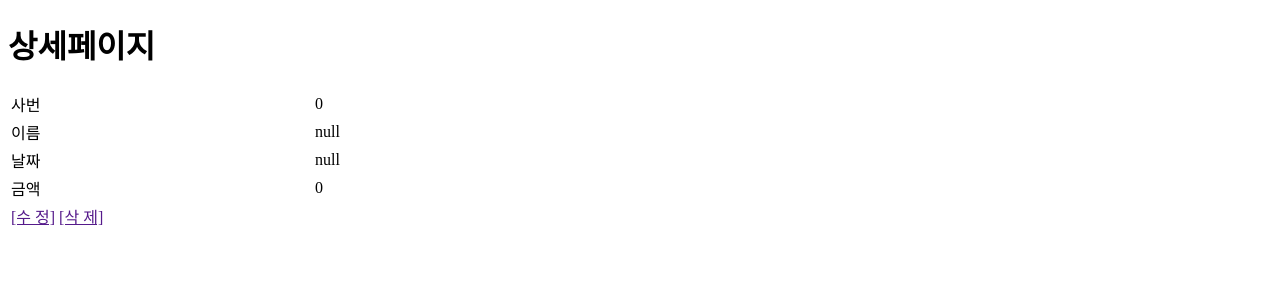
Repository: kwakjaeyeon/webWorkspace
Page: http://localhost/web08/emp/detail.jsp
An editor plug-in stored every save of this project. The page is shown before and after the next save, followed by the edit.
The browser window is 1280 px wide. The pictures show the whole page.
The page is served by Tomcat 9. Queries for data that is not in the repository find no rows.

Above is the page before, as saved 2020-07-08 02:56:11.

### web08/WebContent/emp/detail.jsp
<%@ page language="java" contentType="text/html; charset=EUC-KR"
    pageEncoding="EUC-KR" import="java.sql.*"%>
<!DOCTYPE html PUBLIC "-//W3C//DTD HTML 4.01 Transitional//EN" "http://www.w3.org/TR/html4/loose.dtd">
<html>
<head>
<meta http-equiv="Content-Type" content="text/html; charset=EUC-KR">
<title>Insert title here</title>
</head>
<jsp:useBean id="bean" class="com.bit.EmpDto"></jsp:useBean>
<jsp:setProperty property="sabun" name="bean"/>
<%
Connection conn = null;
Statement stmt = null;
ResultSet rs = null;
try{
	conn = com.bit.MyOracle.getConnection();
	stmt = conn.createStatement();
	rs = stmt.executeQuery("select * from emp02 where sabun=" + bean.getSabun());
	if(rs.next()) {
		bean.setName(rs.getString("name"));
		bean.setNalja(rs.getDate("nalja"));
		bean.setPay(rs.getInt("pay"));
	}
} finally {
	if(rs != null) rs.close();
	if(stmt != null) stmt.close();
	if(conn != null) conn.close();
}
%>


<body>
	<h1>상세페이지</h1>
	<table width="800">
		<tr>
			<td width="300">사번</td>
			<td><jsp:getProperty property="sabun" name="bean"/></td>
		</tr>
		<tr>
			<td>이름</td>
			<td><jsp:getProperty property="name" name="bean"/></td>
		</tr>
		<tr>
			<td>날짜</td>
			<td><jsp:getProperty property="nalja" name="bean"/></td>
		</tr>
		<tr>
			<td>금액</td>
			<td><jsp:getProperty property="pay" name="bean"/></td>
		</tr>
		<tr>
			<td colspan="2">
				<a href="">[수 정]</a>
				<a href="">[삭 제]</a>
			</td>


	</table>


</body>
</html>

### web08/src/com/bit/EmpDto.java
package com.bit;

import java.sql.Date;

public class EmpDto {
	private int sabun;
	private String name;
	private Date nalja;
	private int pay;

	public int getSabun() {
		return sabun;
	}
	public void setSabun(int sabun) {
		this.sabun = sabun;
	}
	public String getName() {
		return name;
	}
	public void setName(String name) {
		this.name = name;
	}
	public Date getNalja() {
		return nalja;
	}
	public void setNalja(Date nalja) {
		this.nalja = nalja;
	}
	public int getPay() {
		return pay;
	}
	public void setPay(int pay) {
		this.pay = pay;
	}
}

### web08/src/com/bit/MyOracle.java
package com.bit;

import java.sql.*;

public class MyOracle {
	private static Connection conn;
	private static String driver="oracle.jdbc.driver.OracleDriver";
	private static String url="jdbc:oracle:thin:@localhost:1521:xe";
	private static String user="scott";
	private static String password="tiger";

	private MyOracle() {}

	public static Connection getConnection() throws SQLException {
		if(conn==null || conn.isClosed()) {
			try {
				Class.forName(driver);
			} catch (ClassNotFoundException e) {
				e.printStackTrace();
			}
			conn=DriverManager.getConnection(url, user, password);
		}
		return conn;
	}
}

After the next save:
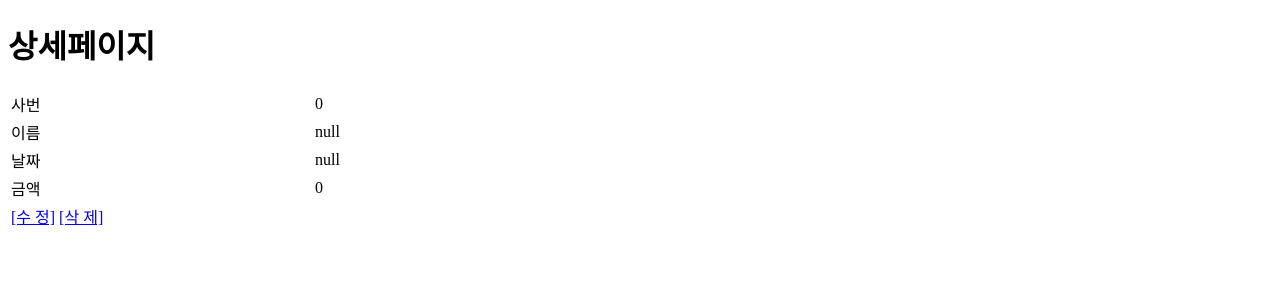
Saved 65 s later.
--- a/web08/WebContent/emp/detail.jsp
+++ b/web08/WebContent/emp/detail.jsp
@@ -50,8 +50,8 @@ try{
 		</tr>
 		<tr>
 			<td colspan="2">
-				<a href="">[수 정]</a>
-				<a href="">[삭 제]</a>
+				<a href="?title=emp/edit"">[수 정]</a>
+				<a href="?title=emp/delete">[삭 제]</a>
 			</td>
 
 
